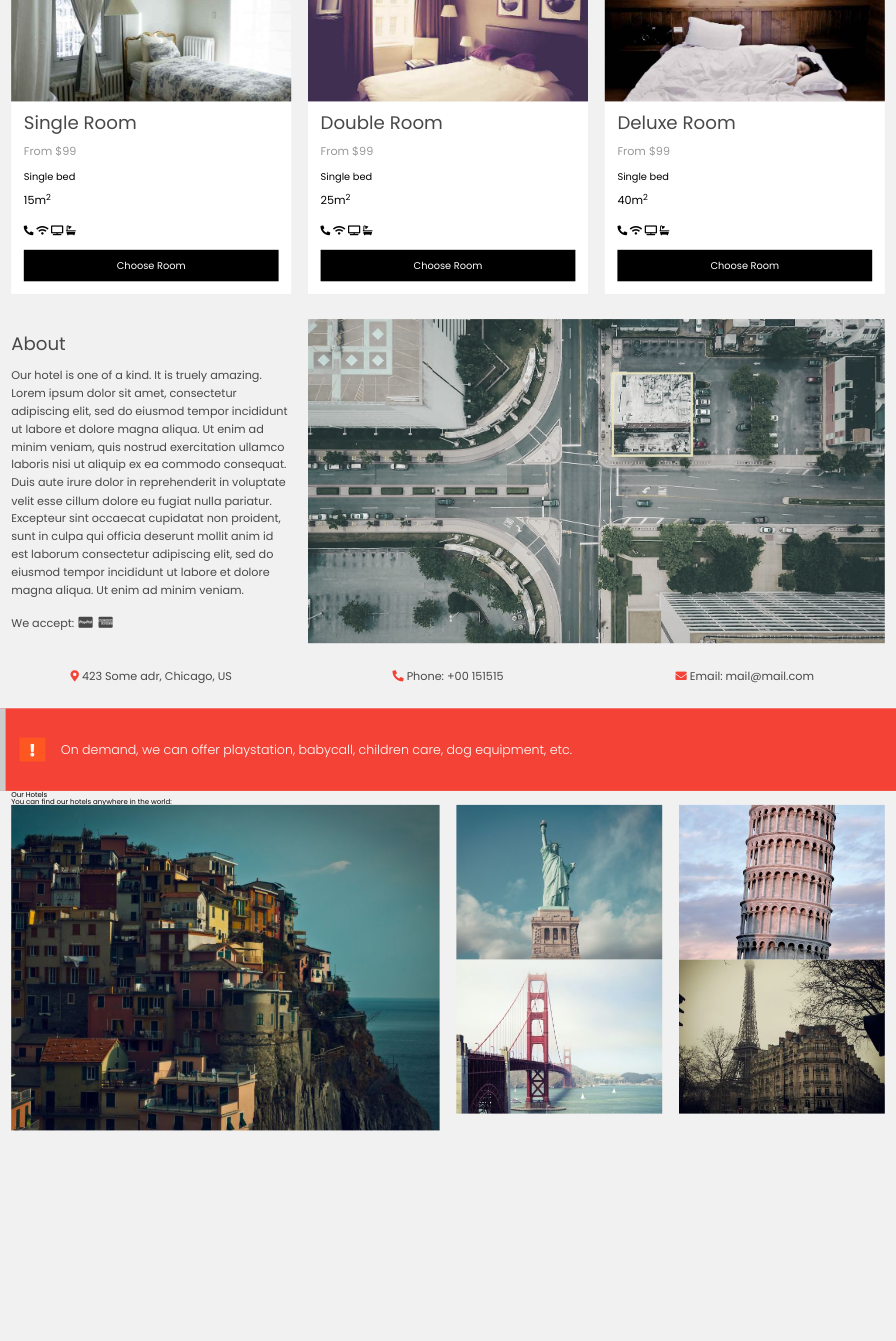
Repository: phamhuuloc/Travel_Template
Page: index.html
The author's editor kept a copy of each file at every save. The page is drawn from the files as they stood at one save, then again after a run of saves.
The browser window is 1280 px wide. The pictures show the part of the page from y = 1097 to 3017 px (the page is 3012 px tall before and 3017 px after), at 70% of full size.
The style sheet was rebuilt from its Sass, Less or Tailwind sources for each picture, by a compiler version that may differ from the author's.

Above is the page before, as saved 2021-09-18 11:48:10.

After the next 2 saves:
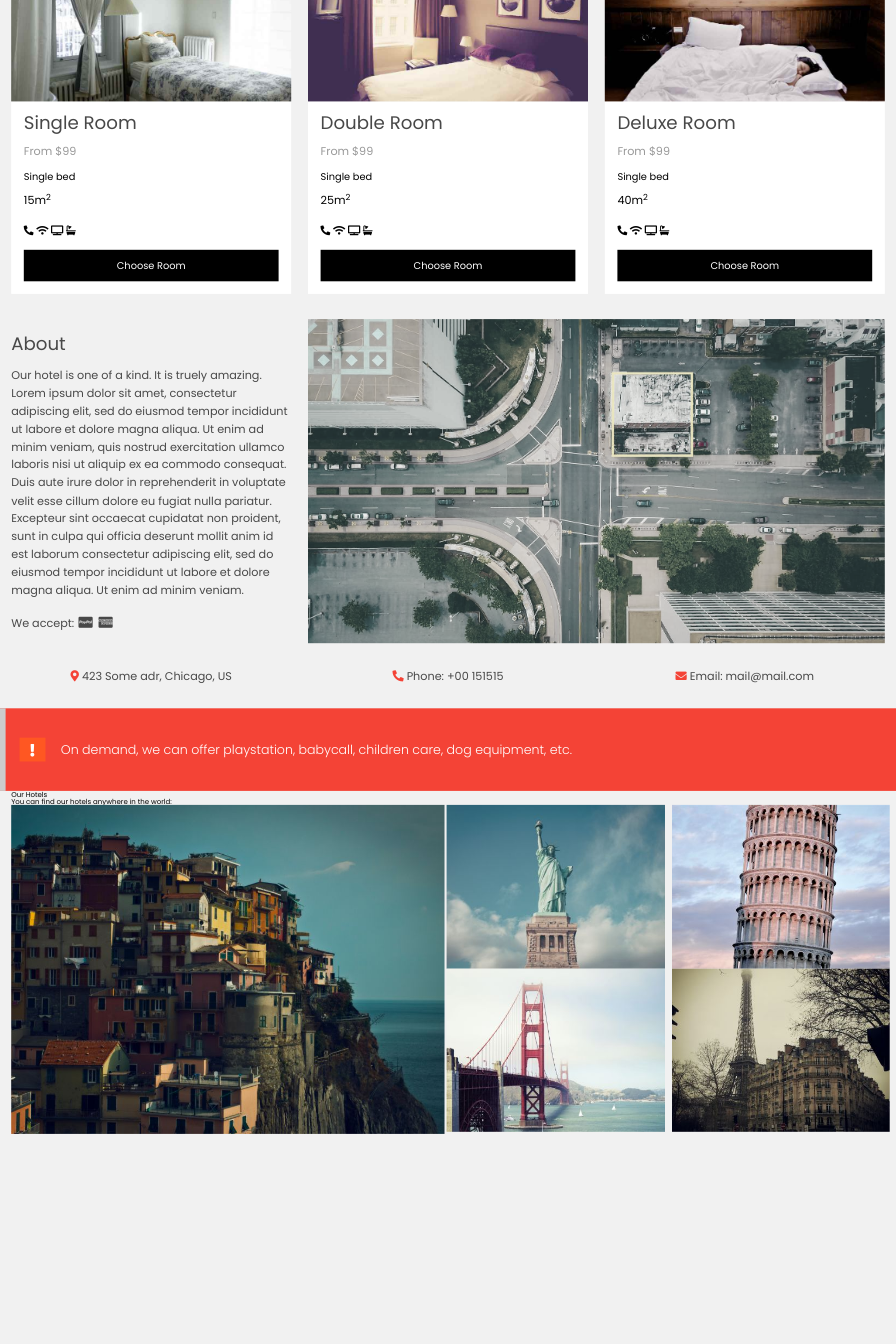
The 2 saves are shown as one change because they came seconds apart.
The last was saved 14 s later.
--- a/index.html
+++ b/index.html
@@ -290,15 +290,15 @@
         <div class="our-hotel__desc">
           You can find our hotels anywhere in the world:
         </div>
-        <div class="row">
-          <div class="col l-6 sm-gutter">
+        <div class="row sm-gutter">
+          <div class="col l-6">
             <img
               src="./assets/img/cinqueterre.jpg"
               alt=""
               class="our-hotel__img"
             />
           </div>
-          <div class="col l-6 sm-gutter">
+          <div class="col l-6">
             <div class="our-hotel__extend">
               <div class="row">
                 <img src="./assets/img/newyork2.jpg" alt="" class="col l-6" />
